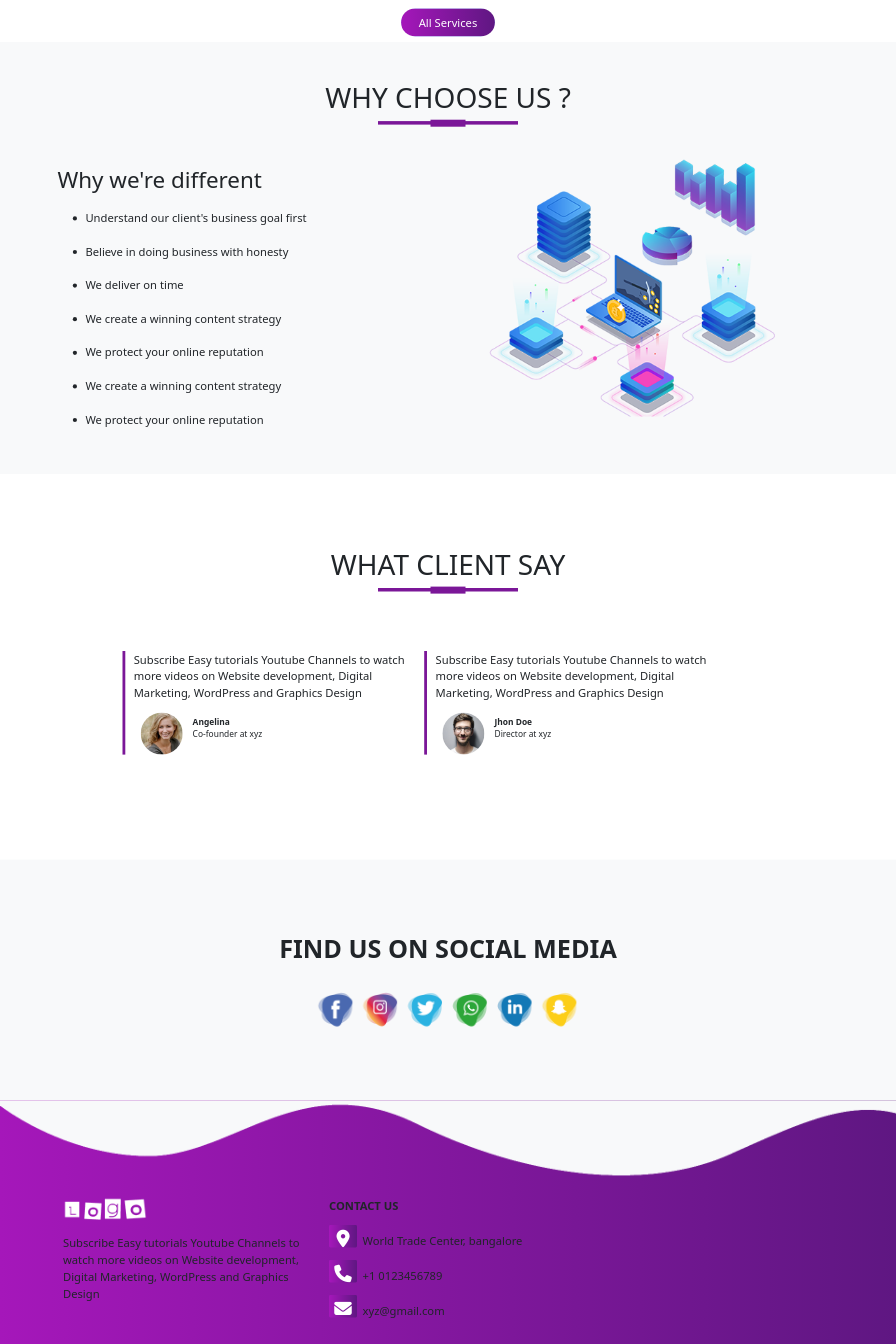
Repository: wadelfadill/Bootstrap_tache_2_website_design
Page: index.html
These files come from the project's save history. The page is drawn as it stood at one moment and after the next save; the edit follows.
The browser window is 1280 px wide. The pictures show the part of the page from y = 1220 to 3140 px (the page is 3140 px tall), at 70% of full size.
Some web libraries are served in a nearby version.

Above is the page before, as saved 2023-04-05 18:47:03.

After the next save:
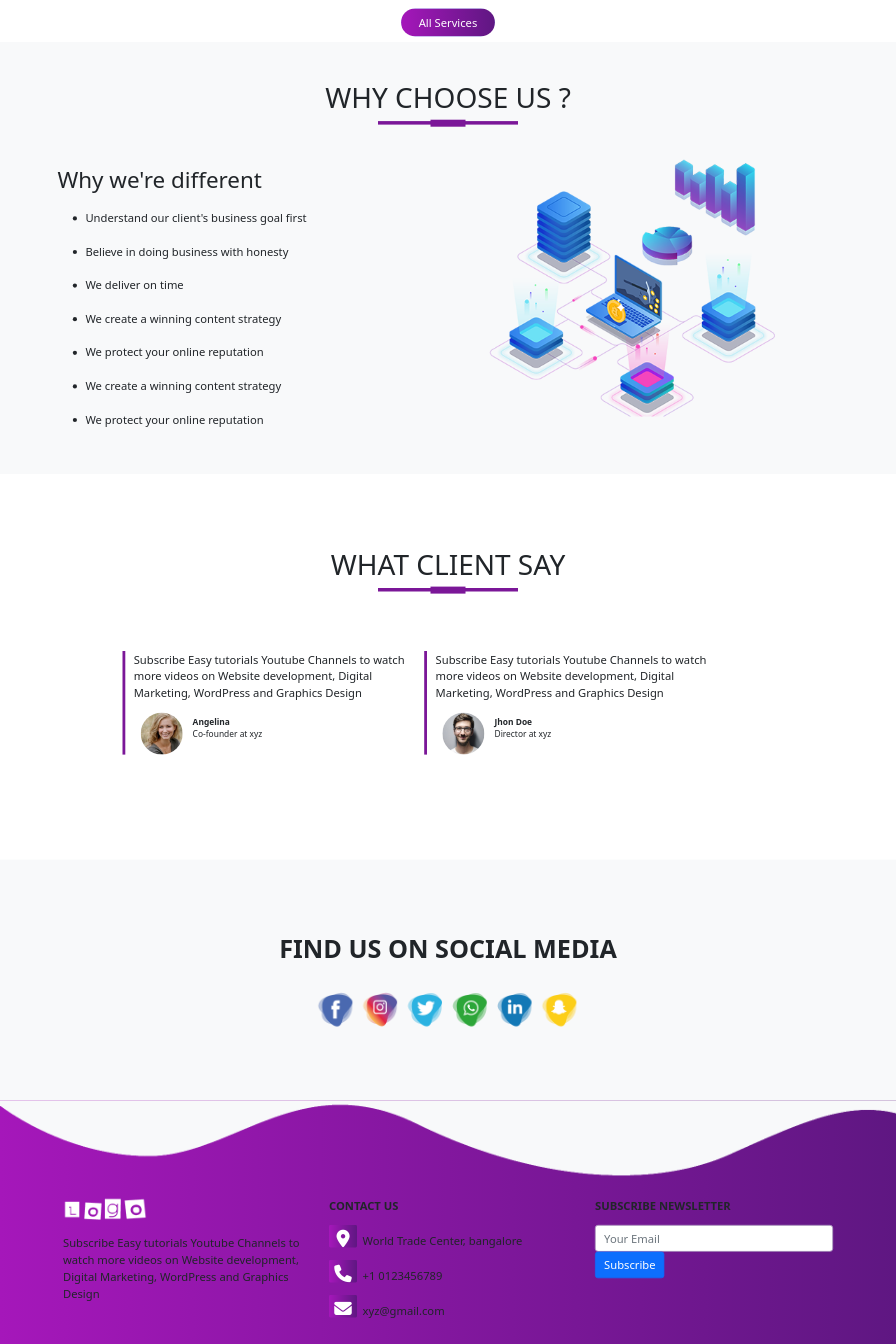
Saved 8 min 0 s later.
--- a/index.html
+++ b/index.html
@@ -177,6 +177,11 @@
             <P><i class="fa-solid fa-phone" style="color: #ffffff;"></i>+1 0123456789</P>
             <P><i class="fa-solid fa-envelope" style="color: #ffffff;"></i>xyz@gmail.com</P>
           </div>
+          <div class="col-md-4 footer-box">
+            <p><b> SUBSCRIBE NEWSLETTER</b></p>
+            <input type="mail" name="" id="" class="form-control" placeholder="Your Email">
+            <button type="button" class="btn btn-primary">Subscribe</button>
+          </div>
         </div>
       </div>
      </section>
